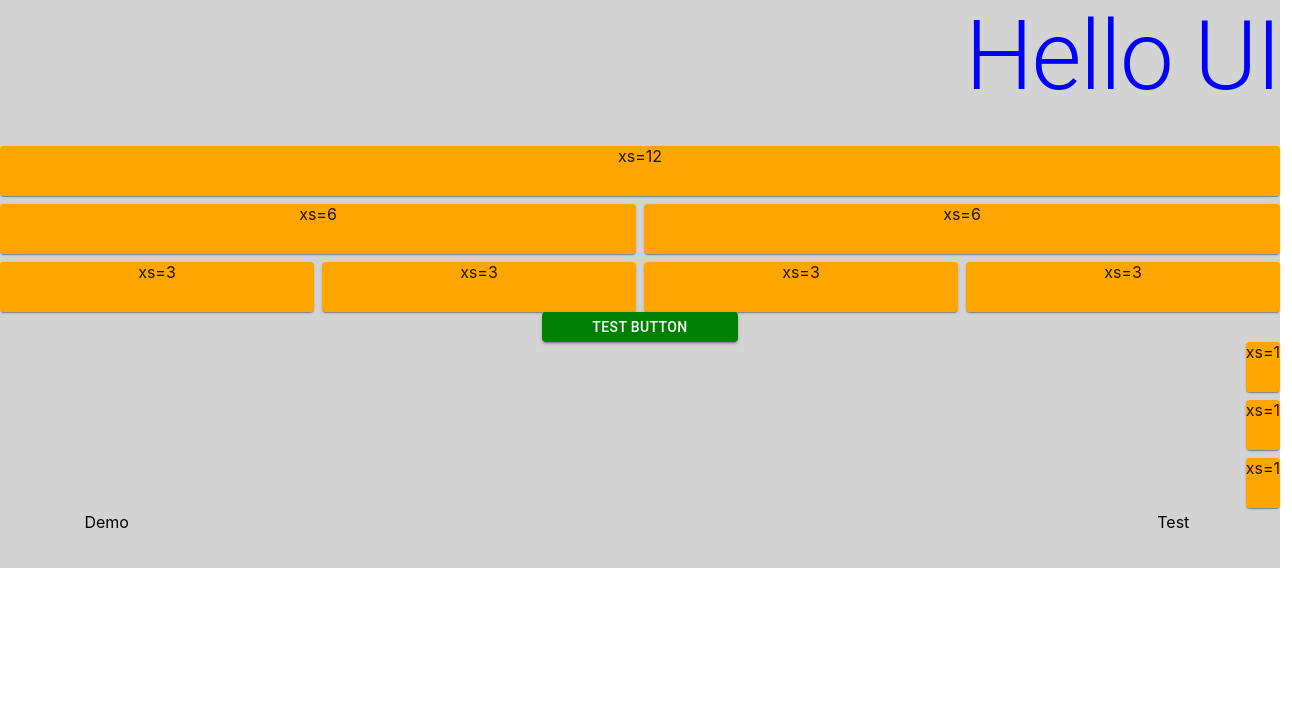
Repository: ShunsukeTanizaki/COVID19-Live
Page: /
An editor plug-in stored every save of this project. The page is shown before and after the next save, followed by the edit.
The browser window is 1280 px wide. The page is 1292 px wide, so the pictures cover 1292 px, including what lies to the right of the window. The pictures show the whole page.
The project was rebuilt for these pictures with package versions that can differ from the ones it lists, and the page was loaded fresh each time.

Above is the page before, as saved 2020-11-07 23:53:15.

### src/App.tsx
import React from "react";
// import logo from "./logo.svg";
import "./App.css";
import LinePlot from "./components/LinePlot";
import PiePlot from "./components/PiePlot";
import BarPlot from "./components/BarPlot";
import RaderPlot from "./components/RaderPlot";
import BubblePlot from "./components/BubblePlot";
import MaterialUI from "./components/MaterialUI ";

function App() {
    return (
        <div className="App">
            {/* <LinePlot />
            <PiePlot />
            <BarPlot />
            <RaderPlot />
            <BubblePlot /> */}

            <MaterialUI />
        </div>
    );
}

export default App;

### src/App.css
.App {
    background-color: lightgray;
    text-align: center;
}

.App-logo {
    height: 40vmin;
    pointer-events: none;
}

@media (prefers-reduced-motion: no-preference) {
    .App-logo {
        animation: App-logo-spin infinite 20s linear;
    }
}

.App-header {
    background-color: #282c34;
    min-height: 100vh;
    display: flex;
    flex-direction: column;
    align-items: center;
    justify-content: center;
    font-size: calc(10px + 2vmin);
    color: white;
}

.App-link {
    color: #61dafb;
}

@keyframes App-logo-spin {
    from {
        transform: rotate(0deg);
    }
    to {
        transform: rotate(360deg);
    }
}

### src/components/MaterialUI .tsx
import React from "react";
import { Button, makeStyles, Typography, Grid, Paper } from "@material-ui/core";

const useStyles = makeStyles({
    btnStyle: {
        background: "green",
        padding: "3px 50px"
    },
    typoStyle: {
        color: "blue"
    },
    paperStyle: {
        background: "orange",
        height: "50px"
    }
});

const MaterialUI: React.FC = () => {
    const classes = useStyles();
    return (
        <div>
            <Typography
                className={classes.typoStyle}
                color="secondary"
                variant="h1"
                align="right"
                gutterBottom
            >
                Hello UI
            </Typography>

            <Grid container spacing={1}>
                <Grid item xs={12}>
                    <Paper className={classes.paperStyle}>xs=12</Paper>
                </Grid>
                <Grid item xs={12} md={6}>
                    <Paper className={classes.paperStyle}>xs=6</Paper>
                </Grid>
                <Grid item xs={12} md={6}>
                    <Paper className={classes.paperStyle}>xs=6</Paper>
                </Grid>
                <Grid item xs={6} md={3}>
                    <Paper className={classes.paperStyle}>xs=3</Paper>
                </Grid>
                <Grid item xs={6} md={3}>
                    <Paper className={classes.paperStyle}>xs=3</Paper>
                </Grid>
                <Grid item xs={6} md={3}>
                    <Paper className={classes.paperStyle}>xs=3</Paper>
                </Grid>
                <Grid item xs={6} md={3}>
                    <Paper className={classes.paperStyle}>xs=3</Paper>
                </Grid>
            </Grid>

            <Button
                className={classes.btnStyle}
                variant="contained"
                color="primary"
            >
                test Button
            </Button>

            <Grid
                container
                direction="column"
                justify="flex-start"
                alignItems="flex-end"
                spacing={1}
            >
                <Grid item xs={1}>
                    <Paper className={classes.paperStyle}>xs=1</Paper>
                </Grid>
                <Grid item xs={1}>
                    <Paper className={classes.paperStyle}>xs=1</Paper>
                </Grid>
                <Grid item xs={1}>
                    <Paper className={classes.paperStyle}>xs=1</Paper>
                </Grid>
            </Grid>

            <Grid container spacing={3} direction="column">
                <Grid item xs={12} container>
                    <Grid item xs={2}>
                        Demo
                    </Grid>
                    <Grid item xs={8} />
                    <Grid item xs={2}>
                        Test
                    </Grid>
                </Grid>
                <Grid item xs={12}></Grid>
            </Grid>
        </div>
    );
};

export default MaterialUI;

Loaded but not shown: public/index.html (common file); src/index.tsx (common file); src/index.css (common file); src/reportWebVitals.ts (common file)

After the next save:
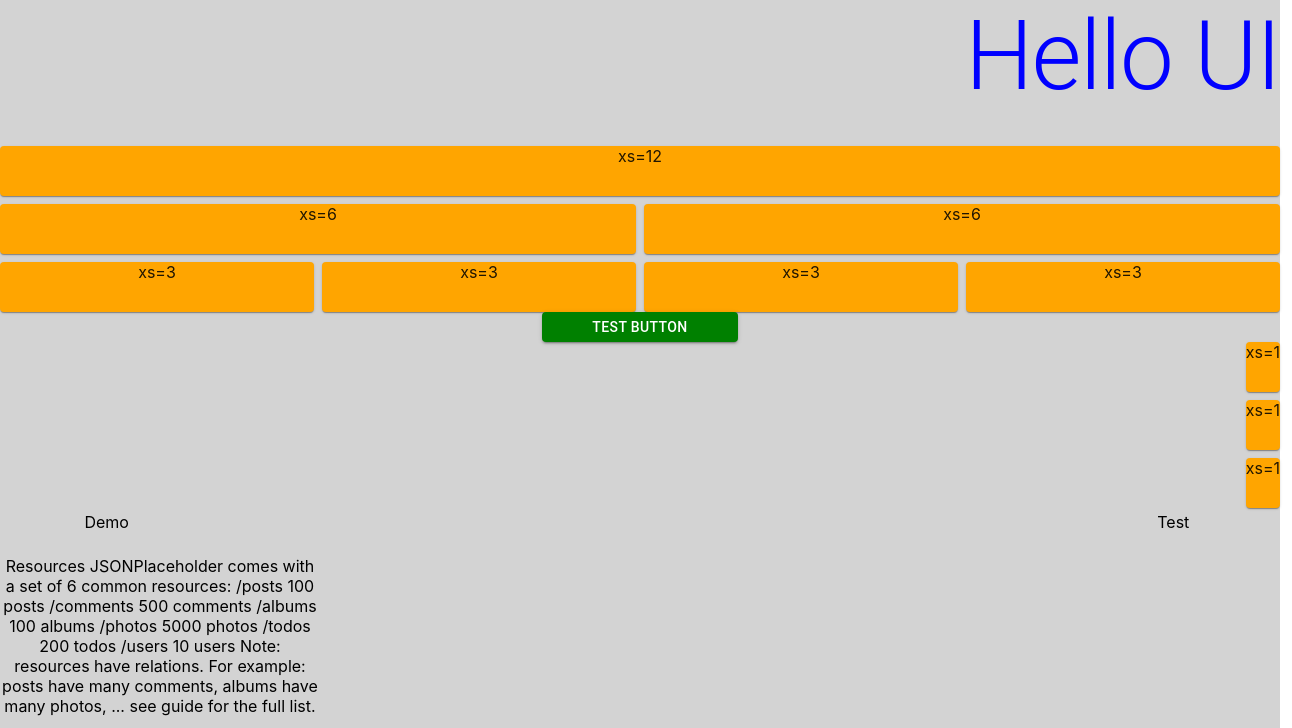
Saved 2 min 55 s later.
--- a/src/components/MaterialUI .tsx
+++ b/src/components/MaterialUI .tsx
@@ -89,7 +89,16 @@ const MaterialUI: React.FC = () => {
                         Test
                     </Grid>
                 </Grid>
-                <Grid item xs={12}></Grid>
+                <Grid item xs={12} container>
+                    <Grid item xs={3} justify="space-around">
+                        Resources JSONPlaceholder comes with a set of 6 common
+                        resources: /posts 100 posts /comments 500 comments
+                        /albums 100 albums /photos 5000 photos /todos 200 todos
+                        /users 10 users Note: resources have relations. For
+                        example: posts have many comments, albums have many
+                        photos, ... see guide for the full list.
+                    </Grid>
+                </Grid>
             </Grid>
         </div>
     );
